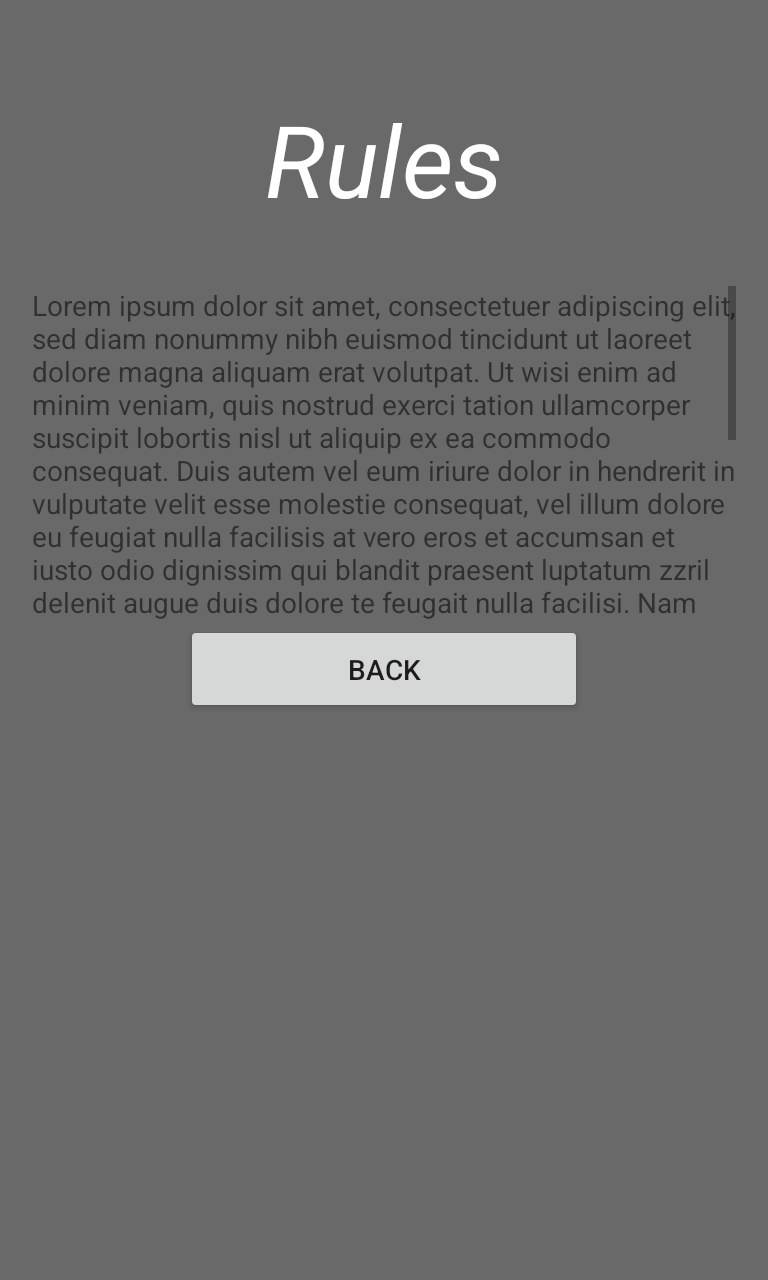
Repository: Hannanina/GuessTag
Layout: GuessTag/res/layout/activity_rules.xml
An editor plug-in stored every save of this project. The layout is shown before and after a run of saves, followed by the edit.
It is drawn on a 768 x 1280 px phone screen (xhdpi) without system bars, with theme AppTheme; the app's code is not run.

Above is the layout before, as saved 2014-12-08 10:13:08.

### GuessTag/res/layout/activity_rules.xml
<LinearLayout xmlns:android="http://schemas.android.com/apk/res/android"
    xmlns:tools="http://schemas.android.com/tools"
    android:layout_width="match_parent"
    android:layout_height="match_parent"
    android:paddingBottom="@dimen/activity_vertical_margin"
    android:paddingLeft="@dimen/activity_horizontal_margin"
    android:paddingRight="@dimen/activity_horizontal_margin"
    android:paddingTop="@dimen/activity_vertical_margin"
    android:orientation="vertical"
    android:background="@color/DimGray"
    tools:context="com.example.guesstag.RulesActivity" >

	<TextView
        android:id="@+id/rules_heading"
        android:layout_marginTop="30dp"
        android:layout_marginBottom="30dp"
        android:layout_width="wrap_content"
	    android:layout_height="wrap_content"
	    android:layout_gravity="center"
	    android:text="@string/rules_heading"
	    android:textStyle="italic"
	    android:textSize="50sp"
	    android:textColor="@color/White">
    </TextView>

	<TextView
		android:id="@+id/rules_text"
		android:layout_width="wrap_content"
	    android:layout_height="wrap_content"
	    android:maxLines="10"
	    android:scrollbars="vertical"
	    android:layout_gravity="center"
	    android:text="@string/rules_text" >
	</TextView>

	<Button
	    android:id="@+id/button_back"
	    android:layout_width="200dp"
	    android:layout_height="48dp"
	    android:layout_gravity="bottom|center"
	    android:text="@string/button_back"
	    android:onClick="onClickBack" >
	</Button>
</LinearLayout>

### GuessTag/res/values/colors.xml
<?xml version="1.0" encoding="utf-8"?>
<resources>
 <color name="white">#FFFFFF</color>
 <color name="yellow">#FFFF00</color>
 <color name="fuchsia">#FF00FF</color>
 <color name="red">#FF0000</color>
 <color name="silver">#C0C0C0</color>
 <color name="gray">#808080</color>
 <color name="olive">#808000</color>
 <color name="purple">#800080</color>
 <color name="maroon">#800000</color>
 <color name="aqua">#00FFFF</color>
 <color name="lime">#00FF00</color>
 <color name="teal">#008080</color>
 <color name="green">#008000</color>
 <color name="blue">#0000FF</color>
 <color name="navy">#000080</color>
 <color name="black">#000000</color>


 <color name="White">#FFFFFF</color>
 <color name="Ivory">#FFFFF0</color>
 <color name="LightYellow">#FFFFE0</color>
 <color name="Yellow">#FFFF00</color>
 <color name="Snow">#FFFAFA</color>
 <color name="FloralWhite">#FFFAF0</color>
 <color name="LemonChiffon">#FFFACD</color>
 <color name="Cornsilk">#FFF8DC</color>
 <color name="Seashell">#FFF5EE</color>
 <color name="LavenderBlush">#FFF0F5</color>
 <color name="PapayaWhip">#FFEFD5</color>
 <color name="BlanchedAlmond">#FFEBCD</color>
 <color name="MistyRose">#FFE4E1</color>
 <color name="Bisque">#FFE4C4</color>
 <color name="Moccasin">#FFE4B5</color>
 <color name="NavajoWhite">#FFDEAD</color>
 <color name="PeachPuff">#FFDAB9</color>
 <color name="Gold">#FFD700</color>
 <color name="Pink">#FFC0CB</color>
 <color name="LightPink">#FFB6C1</color>
 <color name="Orange">#FFA500</color>
 <color name="LightSalmon">#FFA07A</color>
 <color name="DarkOrange">#FF8C00</color>
 <color name="Coral">#FF7F50</color>
 <color name="HotPink">#FF69B4</color>
 <color name="Tomato">#FF6347</color>
 <color name="OrangeRed">#FF4500</color>
 <color name="DeepPink">#FF1493</color>
 <color name="Fuchsia">#FF00FF</color>
 <color name="Magenta">#FF00FF</color>
 <color name="Red">#FF0000</color>
 <color name="OldLace">#FDF5E6</color>
 <color name="LightGoldenrodYellow">#FAFAD2</color>
 <color name="Linen">#FAF0E6</color>
 <color name="AntiqueWhite">#FAEBD7</color>
 <color name="Salmon">#FA8072</color>
 <color name="GhostWhite">#F8F8FF</color>
 <color name="MintCream">#F5FFFA</color>
 <color name="WhiteSmoke">#F5F5F5</color>
 <color name="Beige">#F5F5DC</color>
 <color name="Wheat">#F5DEB3</color>
 <color name="SandyBrown">#F4A460</color>
 <color name="Azure">#F0FFFF</color>
 <color name="Honeydew">#F0FFF0</color>
 <color name="AliceBlue">#F0F8FF</color>
 <color name="Khaki">#F0E68C</color>
 <color name="LightCoral">#F08080</color>
 <color name="PaleGoldenrod">#EEE8AA</color>
 <color name="Violet">#EE82EE</color>
 <color name="DarkSalmon">#E9967A</color>
 <color name="Lavender">#E6E6FA</color>
 <color name="LightCyan">#E0FFFF</color>
 <color name="BurlyWood">#DEB887</color>
 <color name="Plum">#DDA0DD</color>
 <color name="Gainsboro">#DCDCDC</color>
 <color name="Crimson">#DC143C</color>
 <color name="PaleVioletRed">#DB7093</color>
 <color name="Goldenrod">#DAA520</color>
 <color name="Orchid">#DA70D6</color>
 <color name="Thistle">#D8BFD8</color>
 <color name="LightGrey">#D3D3D3</color>
 <color name="Tan">#D2B48C</color>
 <color name="Chocolate">#D2691E</color>
 <color name="Peru">#CD853F</color>
 <color name="IndianRed">#CD5C5C</color>
 <color name="MediumVioletRed">#C71585</color>
 <color name="Silver">#C0C0C0</color>
 <color name="DarkKhaki">#BDB76B</color>
 <color name="RosyBrown">#BC8F8F</color>
 <color name="MediumOrchid">#BA55D3</color>
 <color name="DarkGoldenrod">#B8860B</color>
 <color name="FireBrick">#B22222</color>
 <color name="PowderBlue">#B0E0E6</color>
 <color name="LightSteelBlue">#B0C4DE</color>
 <color name="PaleTurquoise">#AFEEEE</color>
 <color name="GreenYellow">#ADFF2F</color>
 <color name="LightBlue">#ADD8E6</color>
 <color name="DarkGray">#A9A9A9</color>
 <color name="Brown">#A52A2A</color>
 <color name="Sienna">#A0522D</color>
 <color name="YellowGreen">#9ACD32</color>
 <color name="DarkOrchid">#9932CC</color>
 <color name="PaleGreen">#98FB98</color>
 <color name="DarkViolet">#9400D3</color>
 <color name="MediumPurple">#9370DB</color>
 <color name="LightGreen">#90EE90</color>
 <color name="DarkSeaGreen">#8FBC8F</color>
 <color name="SaddleBrown">#8B4513</color>
 <color name="DarkMagenta">#8B008B</color>
 <color name="DarkRed">#8B0000</color>
 <color name="BlueViolet">#8A2BE2</color>
 <color name="LightSkyBlue">#87CEFA</color>
 <color name="SkyBlue">#87CEEB</color>
 <color name="Gray">#808080</color>
 <color name="Olive">#808000</color>
 <color name="Purple">#800080</color>
 <color name="Maroon">#800000</color>
 <color name="Aquamarine">#7FFFD4</color>
 <color name="Chartreuse">#7FFF00</color>
 <color name="LawnGreen">#7CFC00</color>
 <color name="MediumSlateBlue">#7B68EE</color>
 <color name="LightSlateGray">#778899</color>
 <color name="SlateGray">#708090</color>
 <color name="OliveDrab">#6B8E23</color>
 <color name="SlateBlue">#6A5ACD</color>
 <color name="DimGray">#696969</color>
 <color name="MediumAquamarine">#66CDAA</color>
 <color name="CornflowerBlue">#6495ED</color>
 <color name="CadetBlue">#5F9EA0</color>
 <color name="DarkOliveGreen">#556B2F</color>
 <color name="Indigo">#4B0082</color>
 <color name="MediumTurquoise">#48D1CC</color>
 <color name="DarkSlateBlue">#483D8B</color>
 <color name="SteelBlue">#4682B4</color>
 <color name="RoyalBlue">#4169E1</color>
 <color name="Turquoise">#40E0D0</color>
 <color name="MediumSeaGreen">#3CB371</color>
 <color name="LimeGreen">#32CD32</color>
 <color name="DarkSlateGray">#2F4F4F</color>
 <color name="SeaGreen">#2E8B57</color>
 <color name="ForestGreen">#228B22</color>
 <color name="LightSeaGreen">#20B2AA</color>
 <color name="DodgerBlue">#1E90FF</color>
 <color name="MidnightBlue">#191970</color>
 <color name="Aqua">#00FFFF</color>
 <color name="Cyan">#00FFFF</color>
 <color name="SpringGreen">#00FF7F</color>
 <color name="Lime">#00FF00</color>
 <color name="MediumSpringGreen">#00FA9A</color>
 <color name="DarkTurquoise">#00CED1</color>
 <color name="DeepSkyBlue">#00BFFF</color>
 <color name="DarkCyan">#008B8B</color>
 <color name="Teal">#008080</color>
 <color name="Green">#008000</color>
 <color name="DarkGreen">#006400</color>
 <color name="Blue">#0000FF</color>
 <color name="MediumBlue">#0000CD</color>
 <color name="DarkBlue">#00008B</color>
 <color name="Navy">#000080</color>
 <color name="Black">#000000</color>
</resources>

### GuessTag/res/values/strings.xml
<?xml version="1.0" encoding="utf-8"?>
<resources>

    <string name="app_name">guess#</string>
    <string name="hello_world">Hello world!</string>
    <string name="action_settings">Settings</string>

    <!-- BACK BUTTON -->
    <string name="button_back">Back</string>

    <!-- START ACTIVITY -->
    <string name="start_heading">guess#</string>
    <string name="button_start">Start new game</string>
    <string name="button_highscore">Highscore</string>
    <string name="button_rules">Rules</string>
    <string name="title_activity_rules">RulesActivity</string>

    <!-- RULES ACTIVITY -->
    <string name="rules_heading">Rules</string>
    <string name="rules_text">Lorem ipsum dolor sit amet, consectetuer adipiscing elit, sed diam nonummy nibh euismod tincidunt ut laoreet dolore magna aliquam erat volutpat. Ut wisi enim ad minim veniam, quis nostrud exerci tation ullamcorper suscipit lobortis nisl ut aliquip ex ea commodo consequat. Duis autem vel eum iriure dolor in hendrerit in vulputate velit esse molestie consequat, vel illum dolore eu feugiat nulla facilisis at vero eros et accumsan et iusto odio dignissim qui blandit praesent luptatum zzril delenit augue duis dolore te feugait nulla facilisi. Nam liber tempor cum soluta nobis eleifend option congue nihil imperdiet doming id quod mazim placerat facer possim assum. Typi non habent claritatem insitam; est usus legentis in iis qui facit eorum claritatem. Investigationes demonstraverunt lectores legere me lius quod ii legunt saepius. Claritas est etiam processus dynamicus, qui sequitur mutationem consuetudium lectorum. Mirum est notare quam littera gothica, quam nunc putamus parum claram, anteposuerit litterarum formas humanitatis per seacula quarta decima et quinta decima. Eodem modo typi, qui nunc nobis videntur parum clari, fiant sollemnes in futurum.</string>

    <!-- NEW ACTIVITY -->
    <string name="new_heading">Start new game</string>
    <string name="button_host">Host game</string>
    <string name="button_join">Join game</string>

    <!-- HOST ACTIVITY -->
    <string name="host_heading">Host game</string>
    <string name="game_name_instruction">Input game name</string>
    <string name="difficulty_setting">Set difficulty</string>
    <string name="input_game_name">Input game name</string>
    <string name="button_create">Create game</string>

    <!-- INPUT TAG ACTIVITY -->
    <string name="title_activity_input_tag">InputTagActivity</string>
    <string name="title_activity_select_tagger">SelectTaggerActivity</string>

    <!-- TIMER ACTIVITY -->
    <string name="title_activity_timer">TimerActivity</string>
    <string name="title_activity_host">HostActivity</string>

</resources>

Loaded but not shown: GuessTag/res/values/styles.xml (common file); GuessTag/res/values-v11/styles.xml (common file); GuessTag/res/values-v14/styles.xml (common file); GuessTag/res/values/dimens.xml (common file); GuessTag/res/values-w820dp/dimens.xml (common file)

After the next 2 saves:
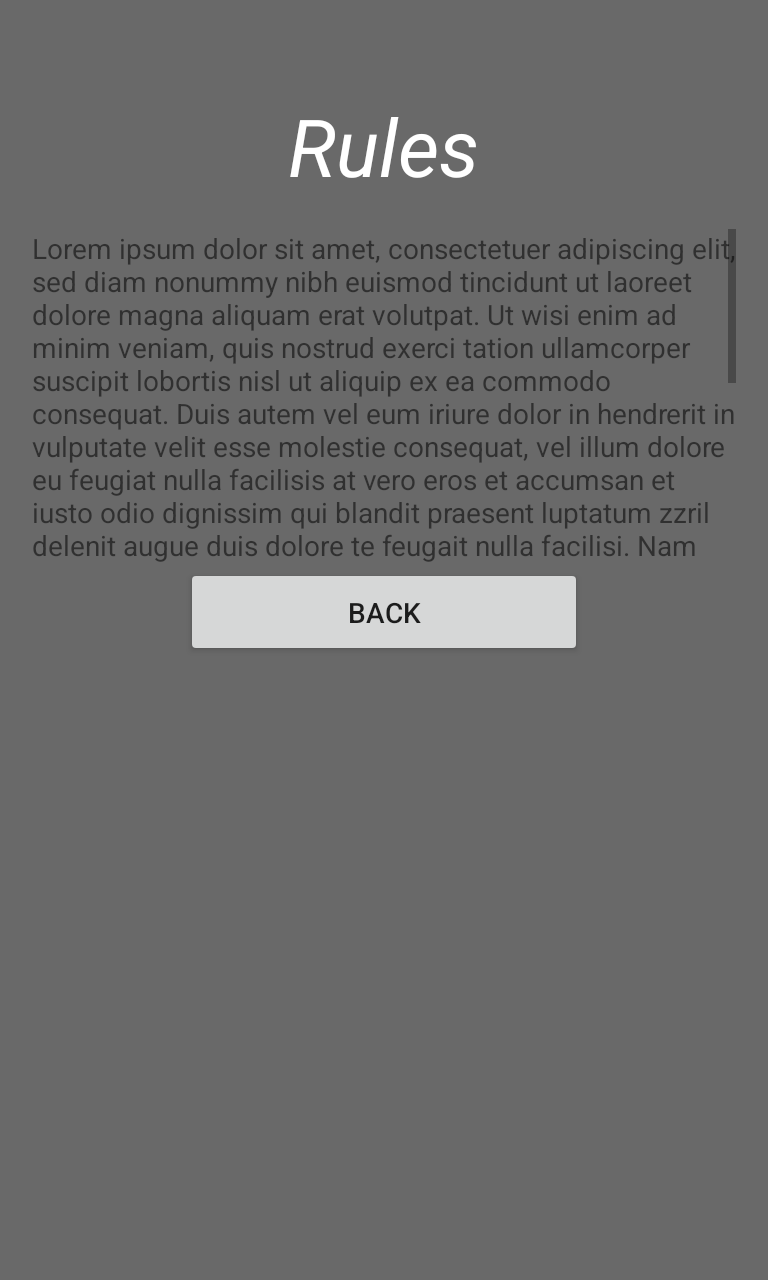
The 2 saves are shown as one change because they came seconds apart.
The last was saved 17 s later.
--- a/GuessTag/res/layout/activity_rules.xml
+++ b/GuessTag/res/layout/activity_rules.xml
@@ -13,13 +13,13 @@
 	<TextView
         android:id="@+id/rules_heading"
         android:layout_marginTop="30dp"
-        android:layout_marginBottom="30dp"
+        android:layout_marginBottom="15dp"
         android:layout_width="wrap_content"
 	    android:layout_height="wrap_content"
 	    android:layout_gravity="center"
 	    android:text="@string/rules_heading"
 	    android:textStyle="italic"
-	    android:textSize="50sp"
+	    android:textSize="40sp"
 	    android:textColor="@color/White">
     </TextView>
 
